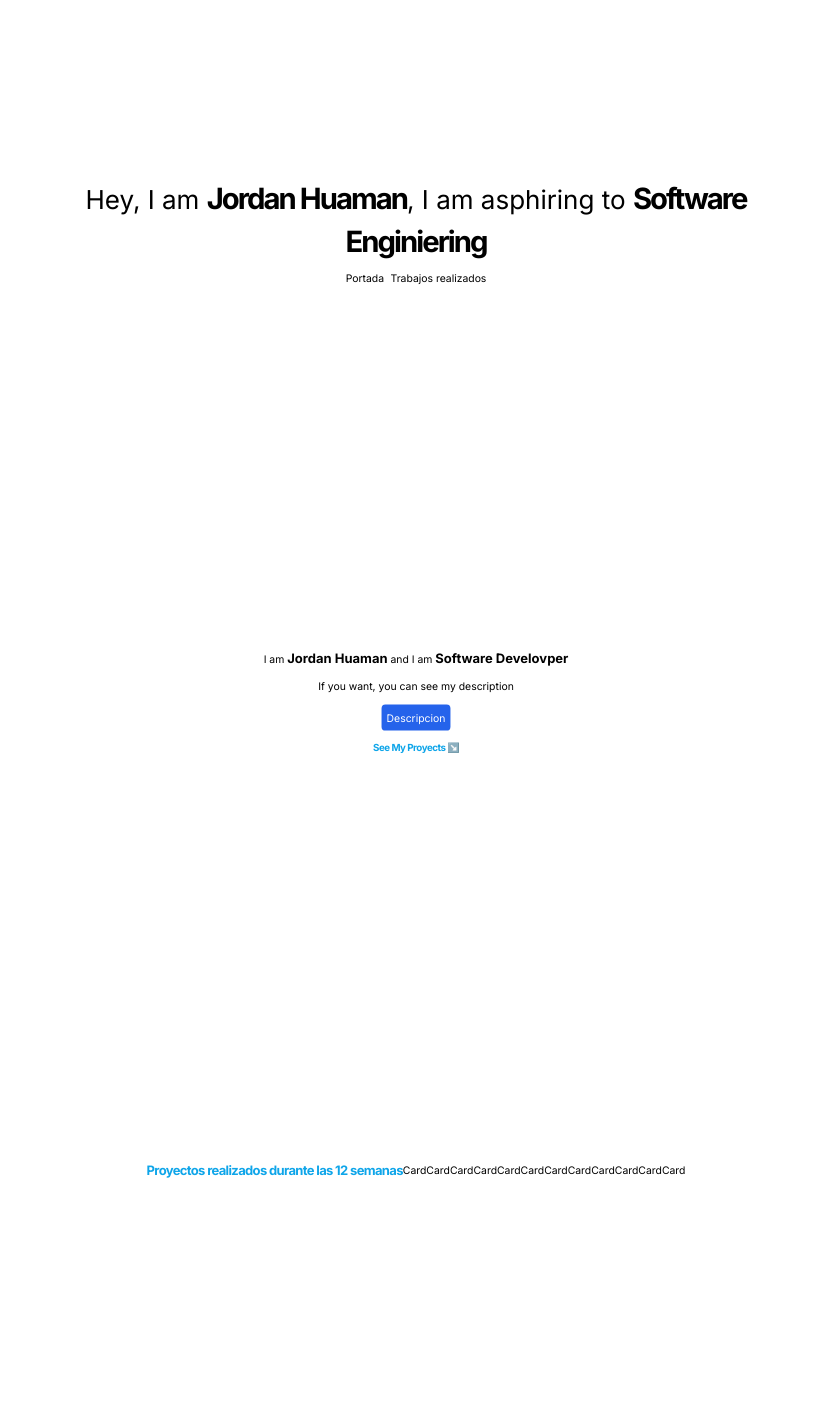
Repository: devsecops-node/portafolio-nextj-pages
Page: /
These files come from the project's save history. The page is drawn as it stood at one moment and after the next save; the edit follows.
The browser window is 1280 px wide. The pictures show the whole page, at 65% of full size.
The project was rebuilt for these pictures with package versions that can differ from the ones it lists, and the page was loaded fresh each time. The framework's server and built-in components were replaced by stand-ins that run in the browser. Also part of the build but not shown: next.config.js, src/components/Modal.jsx, src/styles/transitionPage.module.css.

Above is the page before, as saved 2024-01-15 04:37:54.

After the next save:
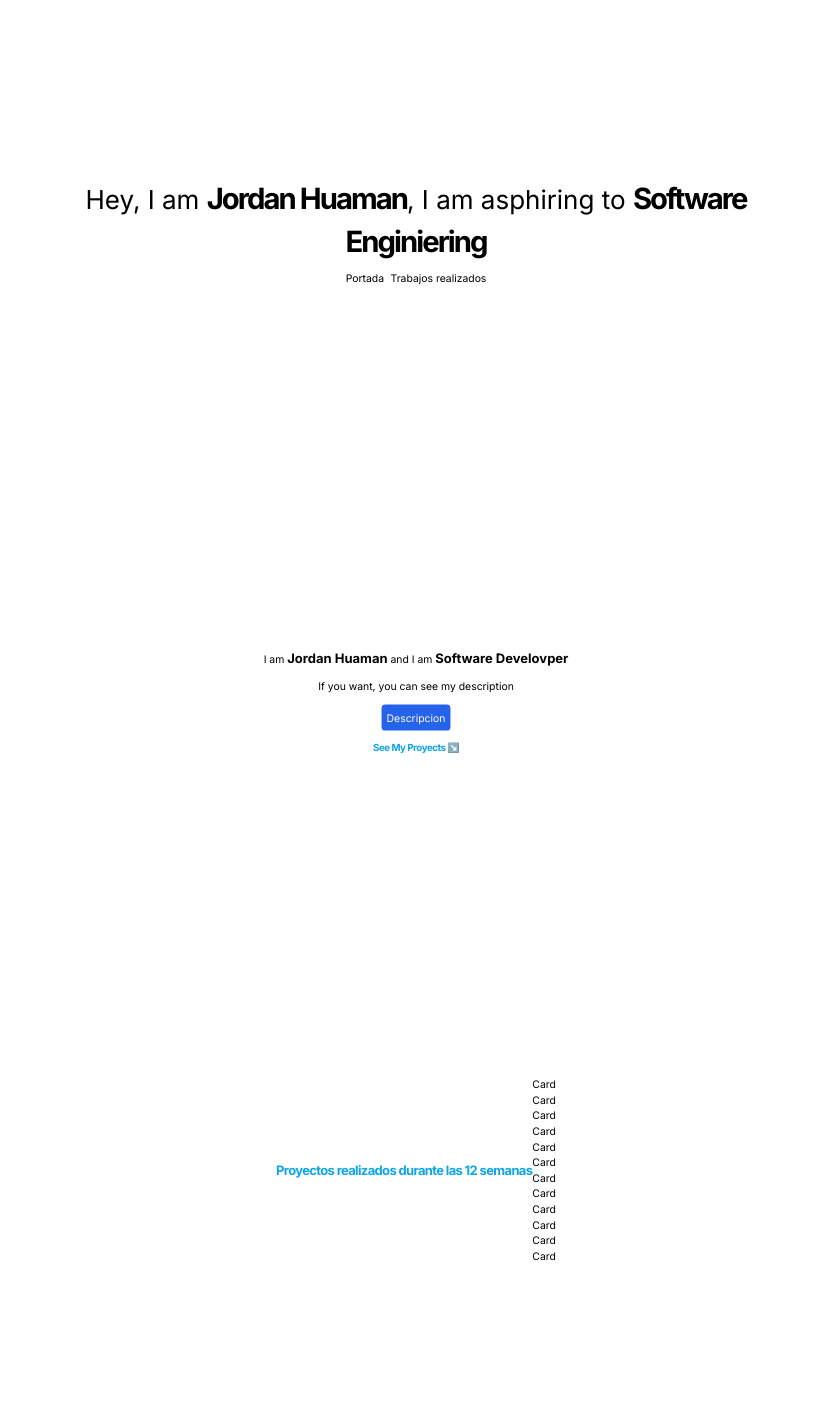
Saved 11 s later.
--- a/src/components/Proyects.jsx
+++ b/src/components/Proyects.jsx
@@ -97,7 +97,9 @@ const Proyects = () => {
   return (
     <div className='h-screen flex justify-center items-center'>
       <p className='text-sky-500 font-bold text-[20px]  tracking-tighter'>Proyectos realizados durante las 12 semanas</p>
-      {planDeEstudios.map(proyec => <Card />)}
+      <div>
+        {planDeEstudios.map(proyec => <Card />)}
+      </div>
     </div>
   )
 }
